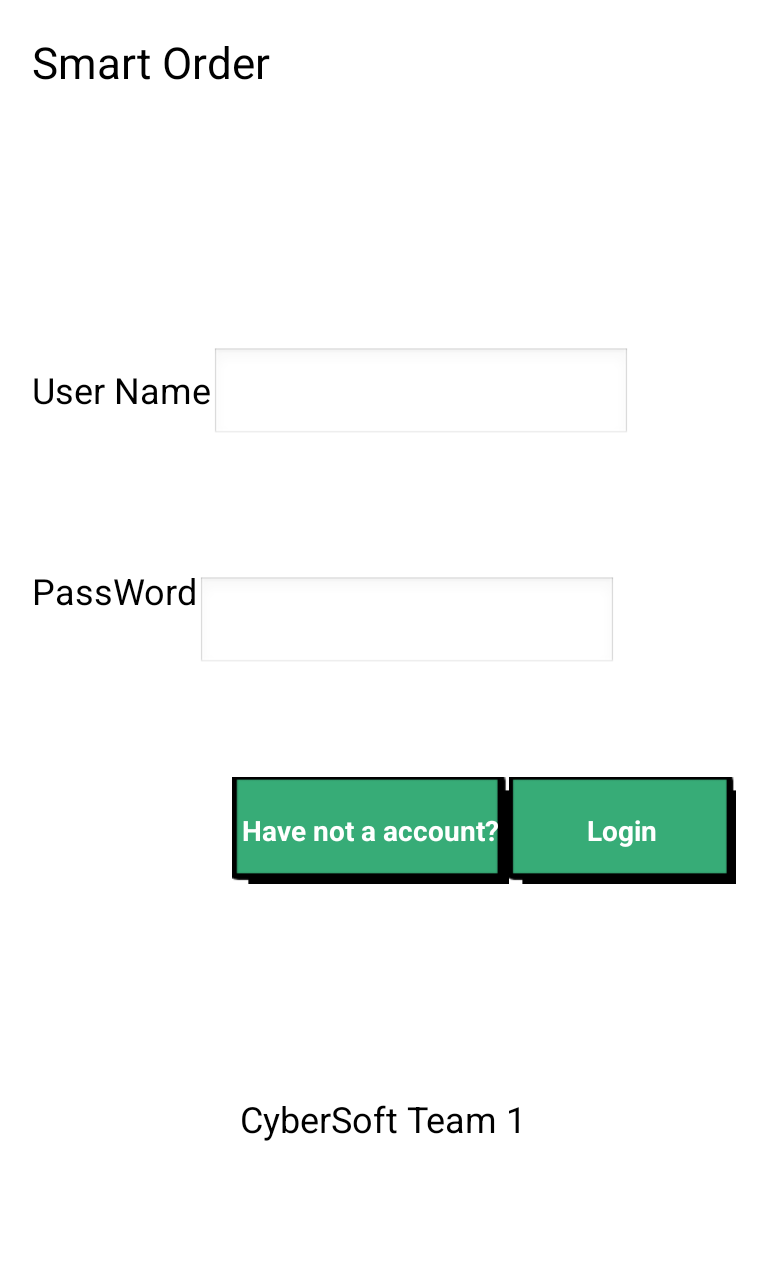
Repository: VanThi/Smart_Order
Layout: Project OS/Project_SO/res/layout/activity_login.xml
The author's editor kept a copy of each file at every save. The layout is drawn from the files as they stood at one save, then again after the next save.
It is drawn on a 768 x 1280 px phone screen (xhdpi) without system bars, with theme android:Theme.Light.NoTitleBar.Fullscreen; the app's code is not run.

Above is the layout before, as saved 2013-11-09 10:40:28.

After the next save:
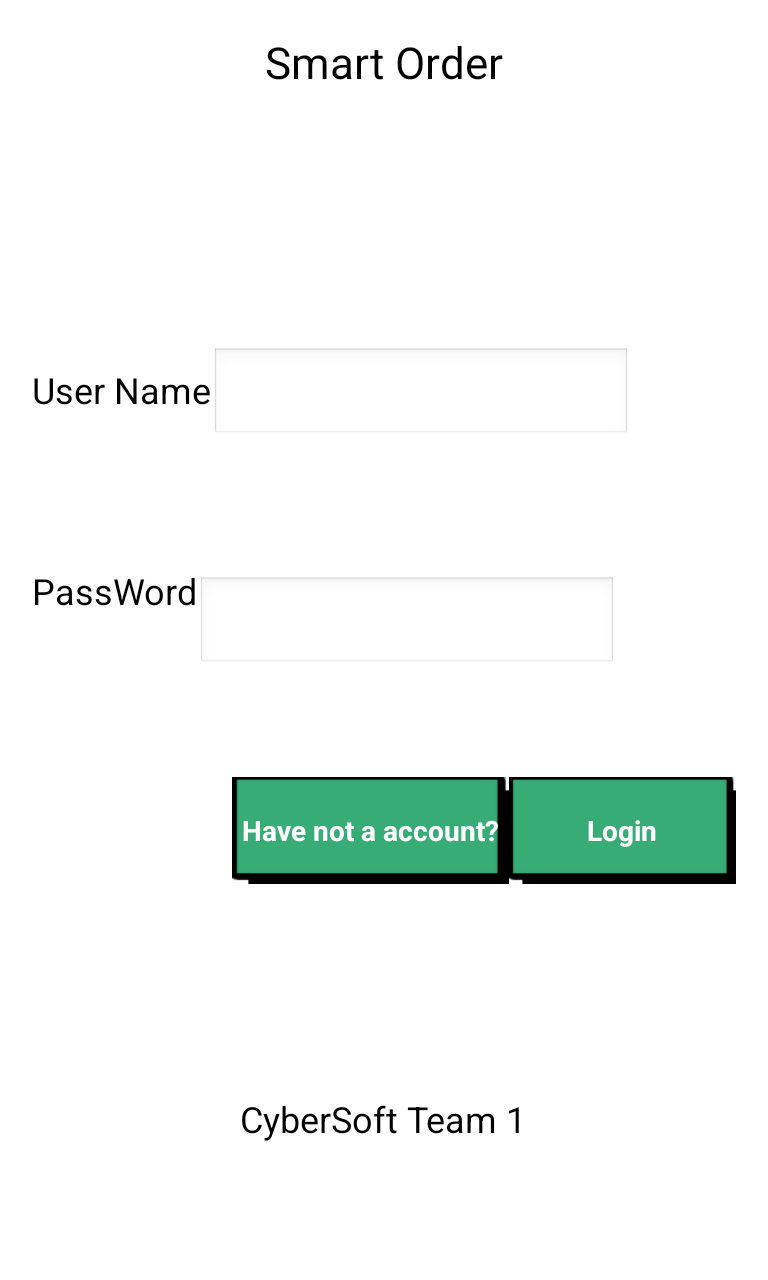
Saved 6 s later.
--- a/Project OS/Project_SO/res/layout/activity_login.xml
+++ b/Project OS/Project_SO/res/layout/activity_login.xml
@@ -13,7 +13,7 @@
         android:id="@+id/smartOrder"
         android:layout_width="wrap_content"
         android:layout_height="0dip"
-        android:layout_gravity="center_vertical"
+        android:layout_gravity="center"
         android:layout_weight="3"
         android:text="@string/app_name"
         android:textAppearance="?android:attr/textAppearanceLarge" />

After the save that followed:
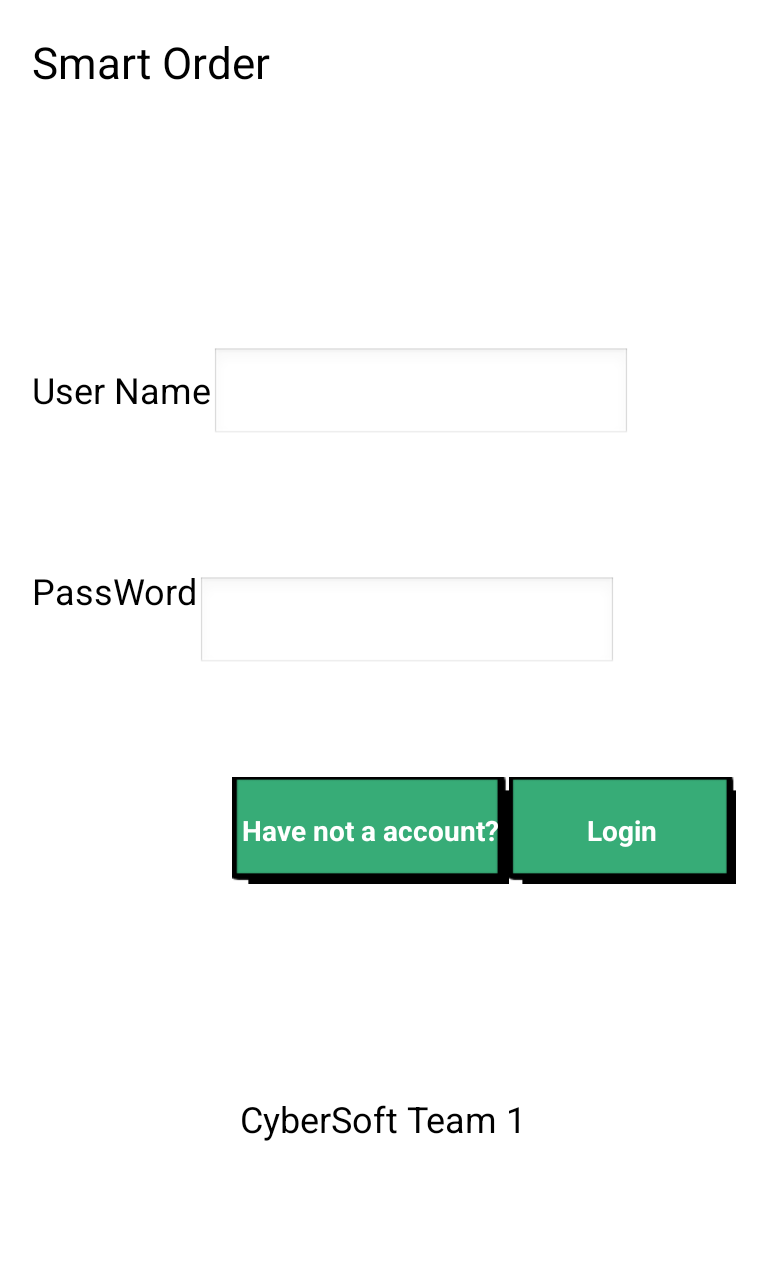
Saved 12 s later.
--- a/Project OS/Project_SO/res/layout/activity_login.xml
+++ b/Project OS/Project_SO/res/layout/activity_login.xml
@@ -13,7 +13,7 @@
         android:id="@+id/smartOrder"
         android:layout_width="wrap_content"
         android:layout_height="0dip"
-        android:layout_gravity="center"
+        android:layout_gravity="center|left"
         android:layout_weight="3"
         android:text="@string/app_name"
         android:textAppearance="?android:attr/textAppearanceLarge" />
